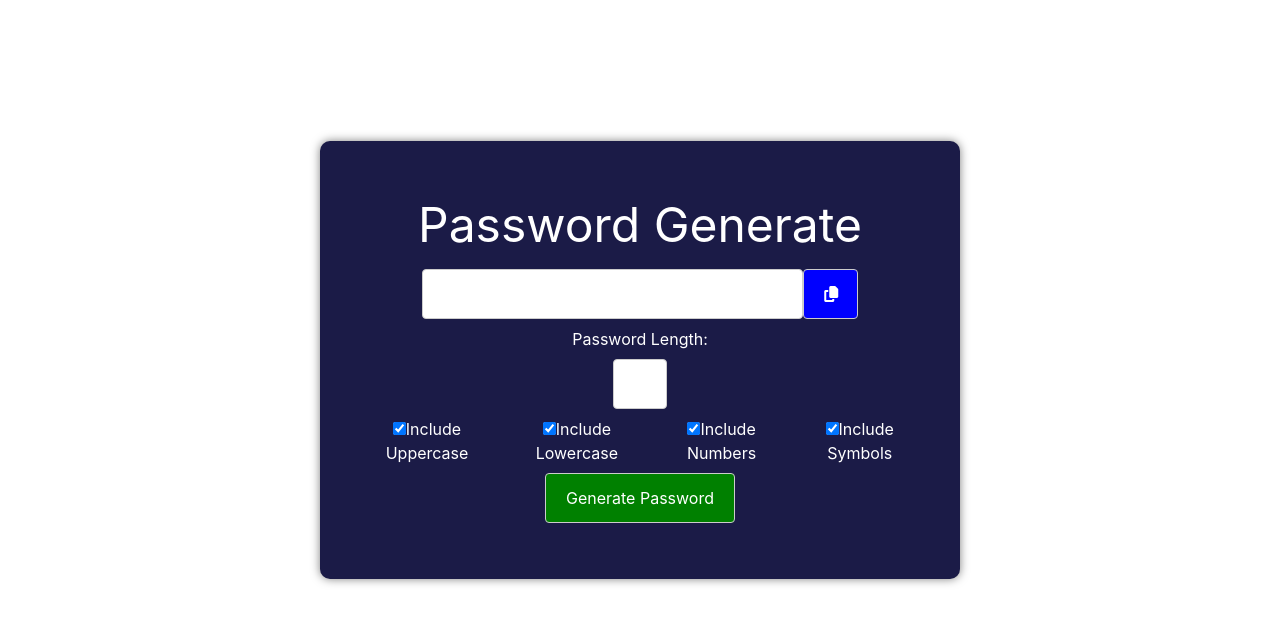
Repository: sriram1224/Password-generator
Page: / (app in password-generator/)
An editor plug-in stored every save of this project. The page is shown before and after the next save, followed by the edit.
The browser window is 1280 px wide. The pictures show the whole page.
Some web libraries are served in a nearby version. The project was rebuilt for these pictures with package versions that can differ from the ones it lists, and the page was loaded fresh each time.

Above is the page before, as saved 2024-03-10 21:57:23.

After the next save:
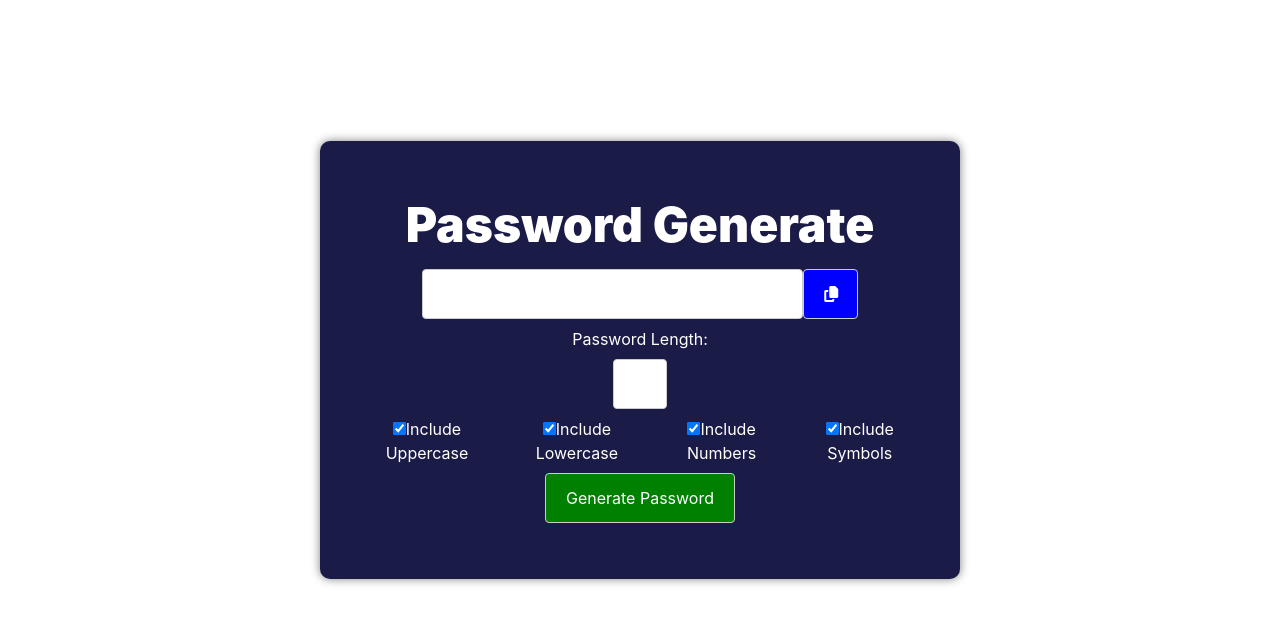
Saved 12 s later.
--- a/password-generator/src/Components/content.css
+++ b/password-generator/src/Components/content.css
@@ -70,4 +70,5 @@
 }
 .main h1{
     font-size: 3rem;
+    font-weight: 900;
 }
